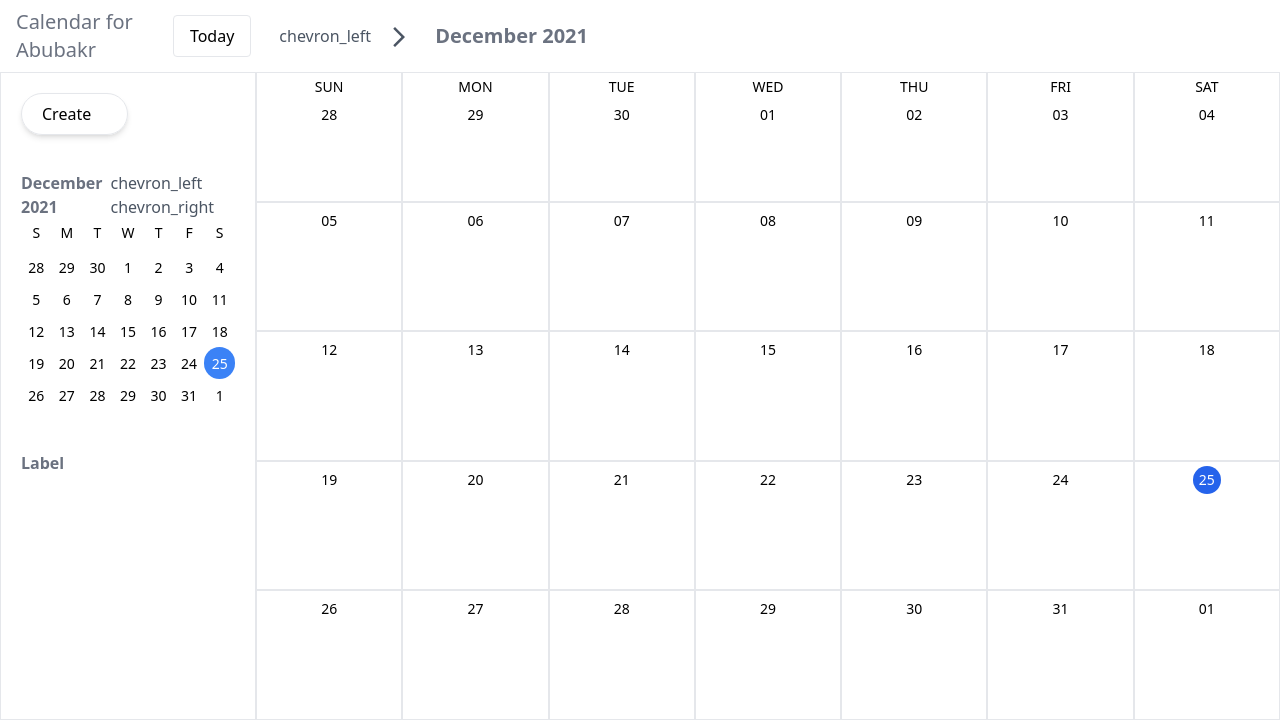
Repository: om1ars/react-calendar
Page: /
These files come from the project's save history. The page is drawn as it stood at one moment and after the next save; the edit follows.
The browser window is 1280 px wide. The pictures show the whole page.
The project was rebuilt for these pictures with package versions that can differ from the ones it lists, and the page was loaded fresh each time. Also part of the build but not shown: craco.config.js, src/App.css, src/components/EventModal.jsx.

Above is the page before, as saved 2021-12-25 16:41:10.

After the next save:
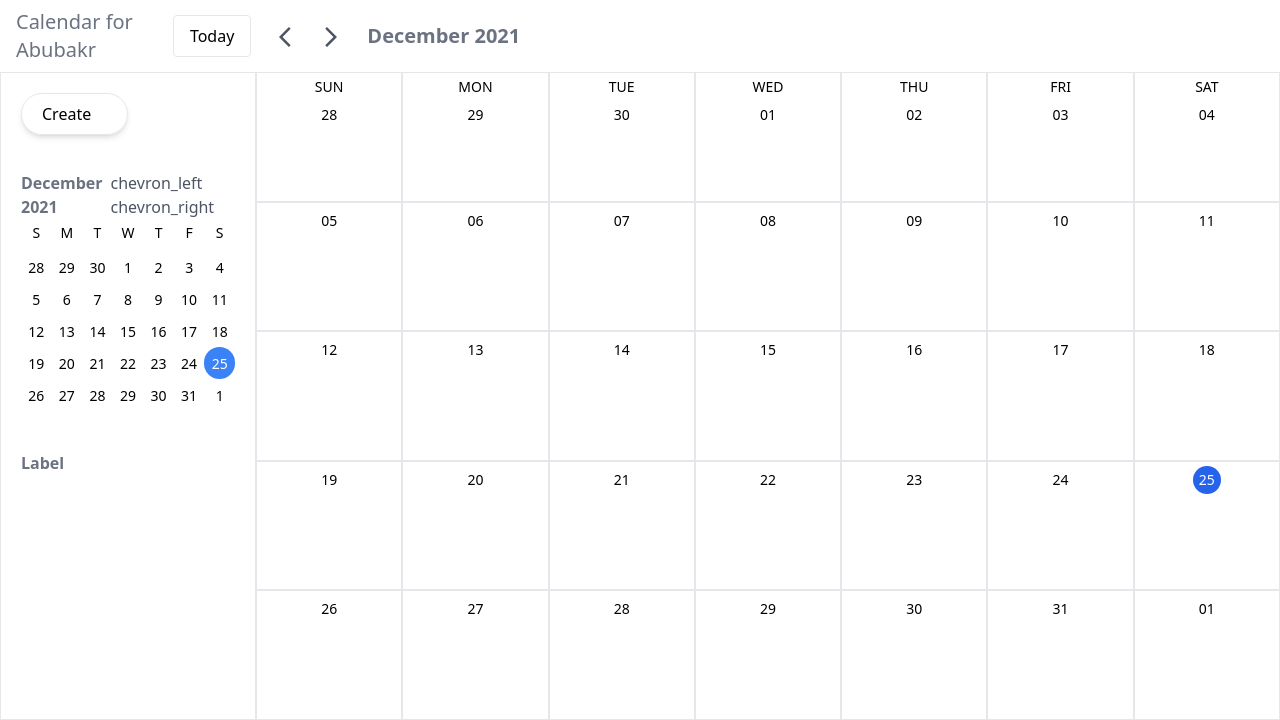
Saved 7 s later.
--- a/src/components/CalendarHeader.tsx
+++ b/src/components/CalendarHeader.tsx
@@ -1,8 +1,8 @@
 import dayjs from "dayjs";
 import React, { useContext } from "react";
 import GlobalContext from "../context/GlobalContext";
-import ArrowForwardIosIcon from '@mui/icons-material/ArrowForwardIos';
-import ArrowBackIosIcon from '@mui/icons-material/ArrowBackIos';
+import ArrowForwardIosIcon from "@mui/icons-material/ArrowForwardIos";
+import ArrowBackIosIcon from "@mui/icons-material/ArrowBackIos";
 export default function CalendarHeader() {
   const { monthIndex, setMonthIndex } = useContext(GlobalContext);
   function handlePrevMonth() {
@@ -22,19 +22,15 @@ export default function CalendarHeader() {
     <header className="px-4 py-2 flex items-center">
       <h1 className="mr-10 text-xl text-gray-500 fond-bold">
         Calendar for
-
         <br />
-         Abubakr
+        Abubakr
       </h1>
-      <button
-        onClick={handleReset}
-        className="border rounded py-2 px-4 mr-5"
-      >
+      <button onClick={handleReset} className="border rounded py-2 px-4 mr-5">
         Today
       </button>
       <button onClick={handlePrevMonth}>
         <span className="material-icons-outlined cursor-pointer text-gray-600 mx-2">
-          chevron_left
+          <ArrowBackIosIcon />
         </span>
       </button>
       <button onClick={handleNextMonth}>
@@ -43,9 +39,7 @@ export default function CalendarHeader() {
         </span>
       </button>
       <h2 className="ml-4 text-xl text-gray-500 font-bold">
-        {dayjs(new Date(dayjs().year(), monthIndex)).format(
-          "MMMM YYYY"
-        )}
+        {dayjs(new Date(dayjs().year(), monthIndex)).format("MMMM YYYY")}
       </h2>
     </header>
   );
